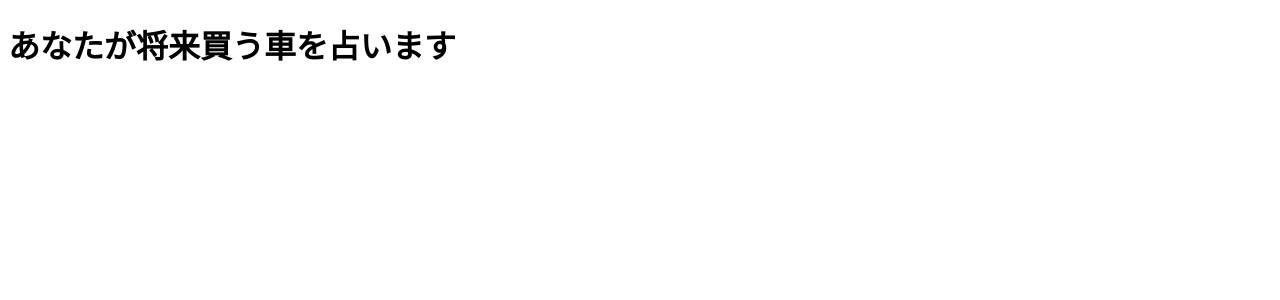
Repository: KustomApe/ksie
Page: 2021/am/index.html
The author's editor kept a copy of each file at every save. The page is drawn from the files as they stood at one save, then again after the next save.
The browser window is 1280 px wide. The pictures show the whole page.

Above is the page before, as saved 2021-11-26 14:23:58.

After the next save:
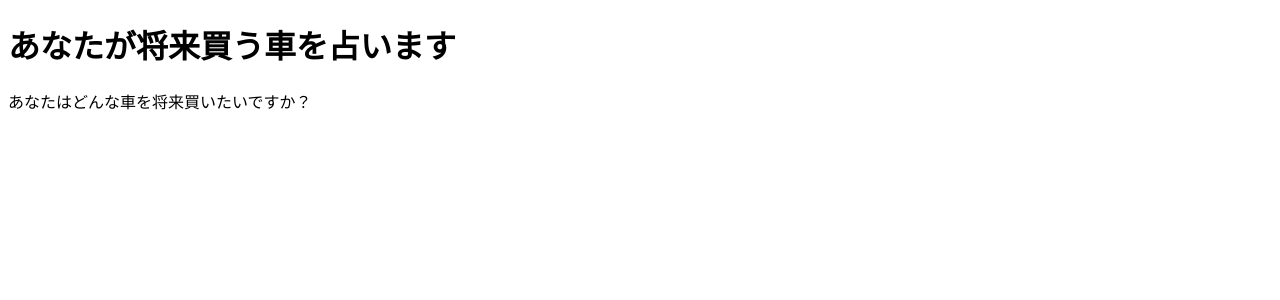
Saved 11 s later.
--- a/2021/am/index.html
+++ b/2021/am/index.html
@@ -8,6 +8,6 @@
 </head>
 <body>
     <h1>あなたが将来買う車を占います</h1>
-
+    <p>あなたはどんな車を将来買いたいですか？</p>
 </body>
 </html>
